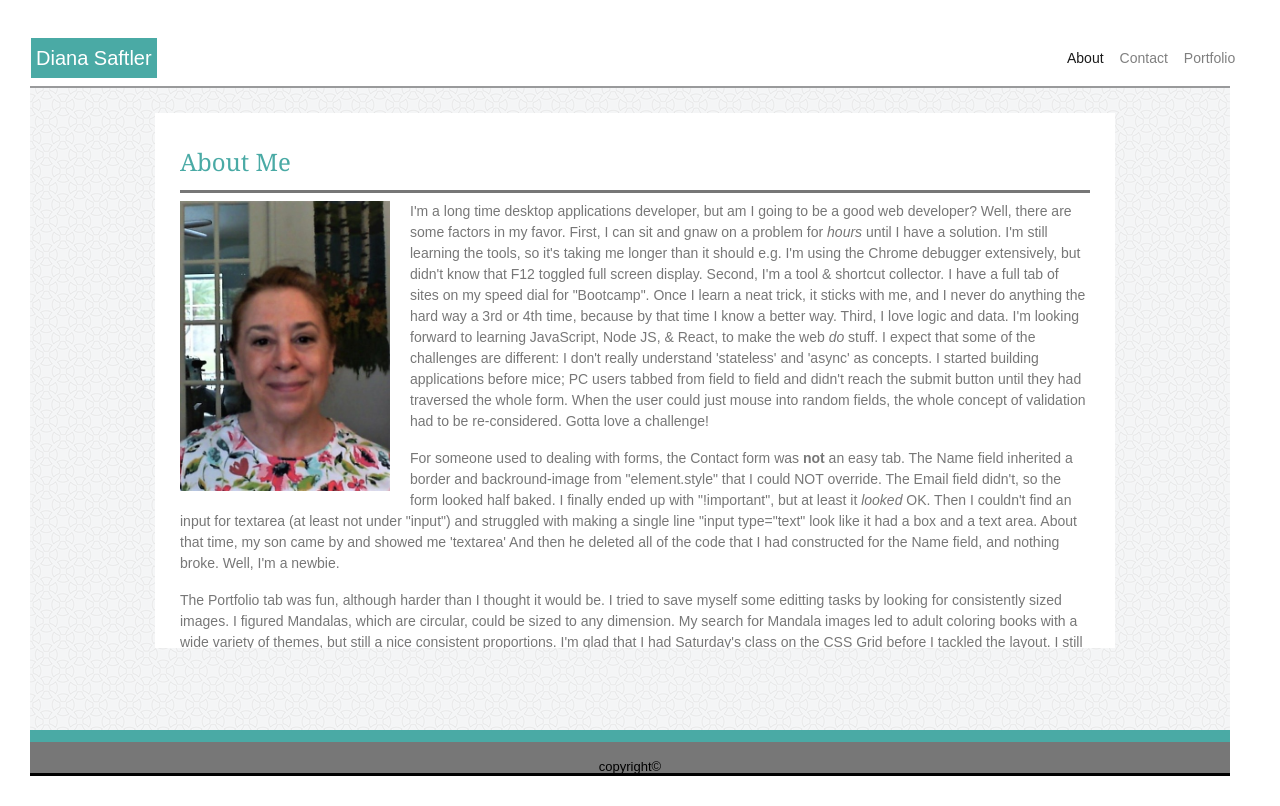
Repository: dsaftler/Bootstrap-Portfolio
Page: index.html
The author's editor kept a copy of each file at every save. The page is drawn from the files as they stood at one save, then again after the next save.
The browser window is 1280 px wide. The pictures show the whole page.
An inner scrolling area shows only its first screen.

Above is the page before, as saved 2019-03-20 23:49:55.

After the next save:
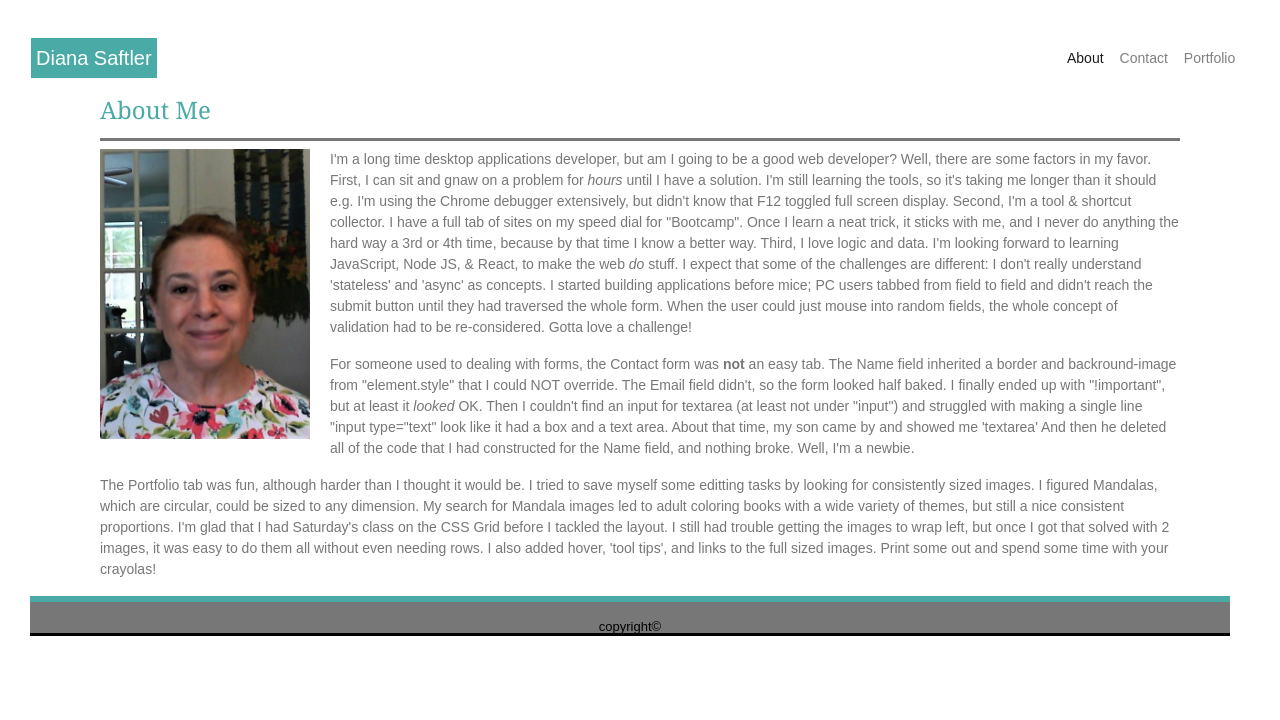
Saved 69 s later.
--- a/index.html
+++ b/index.html
@@ -32,16 +32,8 @@
         </div>
       </nav>
 
-
-
-
-        <!-- <ul>
-            <li><a href="index.html">About</a></li>
-            <li><a href="contact.html">Contact</a></li>
-            <li><a href="portfolio.html">Portfolio</a></li>
-        </ul> -->
-
-    <div class="bg-pattern">
+    <div class="container">
+      <div class="col-md-12"
         <div class="center-panel">
                 <h2>About Me</h2>
             <img class="image_about" src="assets/images/photo.jpg" alt="in my office">
